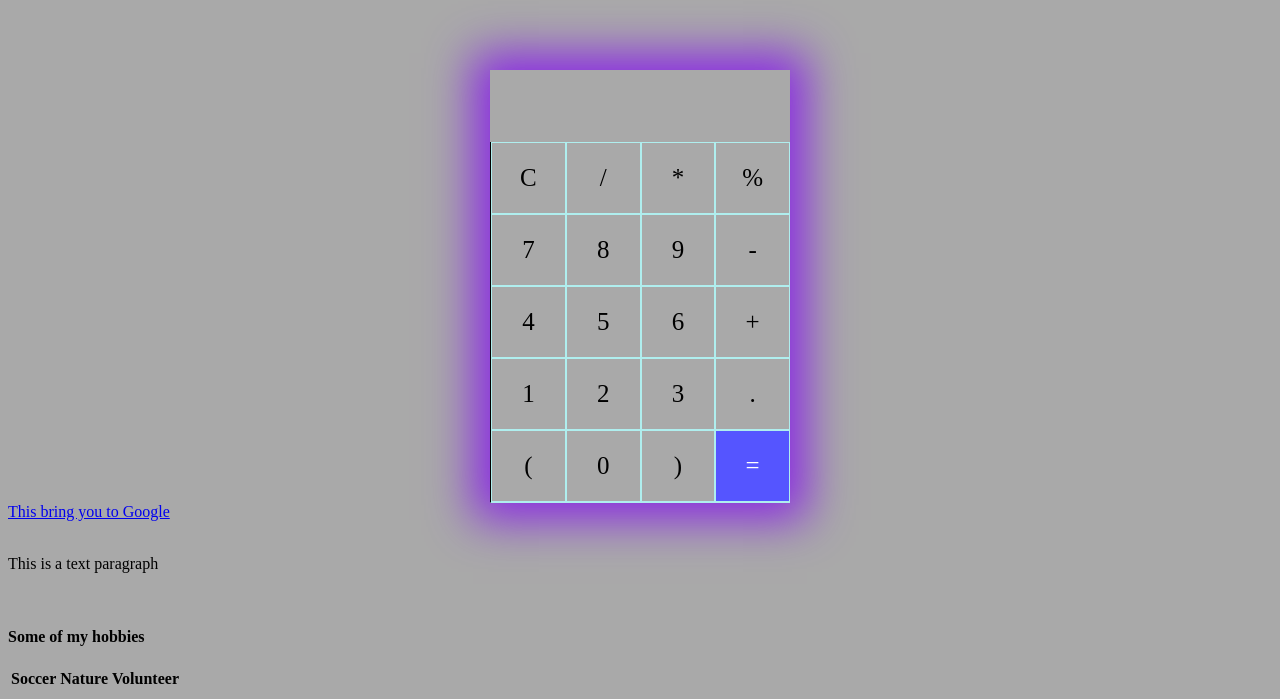
Repository: EX-Salesforce-Training/squad-repo-hapsburg-hopefuls
Page: squad-repo-hapsburg-hopefuls/abouteYao.html
The author's editor kept a copy of each file at every save. The page is drawn from the files as they stood at one save, then again after the next save.
The browser window is 1280 px wide. The pictures show the part of the page from y = 541 to 1240 px (the page is 1240 px tall).
A picture or video elsewhere on the page could not be fetched, so the positions and the page height are approximate.

Above is the page before, as saved 2021-11-27 10:20:03.

### squad-repo-hapsburg-hopefuls/abouteYao.html
<!DOCTYPE html>
<html>

<head>

    <title>This is a new day</title>

    <style>
       body {background-color: darkgray;

       }
       div {
          font-style: var(green);
       }
    </style>
    <meta charset="URL-8">
<meta name="viewport" content="width=device-width, initial-scale=1.0">
<link rel="stylesheet" href="abouteYao.css">
<br>
</head>

<body>
<div>
<ol>
    <h1 style="background-color: darkcyan;">My order list of fruit</h1>
    <li>Mango</li>
    <li>Orange</li>
    <li>Avocado</li>
</ol>
   <br>
   <br>
<ul>
    <h2 style="color:chartreuse">My unorder list of book</h2>

    <li> The richess man in Babylon</li>
    <li>How to read a book</li>
    <li>L'avanture de Bouma</li>

</ul>

</div>

   <br>
<div>
   <img style="width: 200px;" src="C:\Users\huber\OneDrive\Pictures\Camera Roll\new.jpg">
</div>
<br>
<section>
   <div class="container">
   <div id="display"></div>
   <div class="buttons">
   <div class="button">C</div>
   <div class="button">/</div>
   <div class="button">*</div>
   <div class="button">%</div>
   <div class="button">7</div>
   <div class="button">8</div>
   <div class="button">9</div>
   <div class="button">-</div>
   <div class="button">4</div>
   <div class="button">5</div>
   <div class="button">6</div>
   <div class="button">+</div>
   <div class="button">1</div>
   <div class="button">2</div>
   <div class="button">3</div>
   <div class="button">.</div>
   <div class="button">(</div>
   <div class="button">0</div>
   <div class="button">)</div>
   <div id ="equal" class="button">=</div>

   </div>
   </section>
   <script src="abouteYao.js"></script>
   <div>

<a href="https://www.google.com">This bring you to Google</a>

   </div>
<br>
<p class="Classname" Id="Cname" tabindex="">This is a text paragraph</p>
<br>
<div>
<h4>Some of my hobbies</h4>

 <table>
    <tr>
        <th>Soccer</th>
        <th>Nature</th>
        <th>Volunteer</th>
    </tr>

 </table>
</div>
</body>
</html>

### squad-repo-hapsburg-hopefuls/abouteYao.css
.container {
    max-width: 300px;
    margin: 10vh auto 0 auto;
    box-shadow: 0px 0px 43px 17px blueviolet;
    }
    #display {
       text-align: right;
       height:40px;
       line-height:40px;
       padding: 16px 8px;
       font-size: 25px;
    }
    .buttons {
    display: grid;
    border-bottom: 1px solid paleturquoise;
    border-left: 1px solid black;
    grid-template-columns: 1fr 1fr 1fr 1fr;
    }
    .buttons div {
    Border-top: 1px solid paleturquoise;
    Border-right: 1px solid paleturquoise;
    }
    .button {
    Border: 0.5px solid paleturquoise;
    Line-height: 70px;
    Text-align: center;
    Font-size: 25px;
    Cursor: pointer;
    }
    #equal {
    Background-color: #5555ff;
    Color: #fff;
    }
    .button:hover {
    Background-color: #323330;
    Color: #fff;
    Transition: 0.5s ease-in-out;
    }

### squad-repo-hapsburg-hopefuls/abouteYao.js
let display = document.getElementById('display');
let buttons = Array.from(document.getElementsByClassName('button'));
buttons.map( button => {
button.addEventListener('click', (e) => {
    switch(e.target.innerText) {

        case 'C':
            display.innerText ='';
            break;
        case '=':
        try{
        display.innerText = eval(display.innerText);
        }
        catch{
        display.innerText ='ERROR';
        }
        break;
        default:
        display.innerText += e.target.innerText;
        }
        });
        });

After the next save:
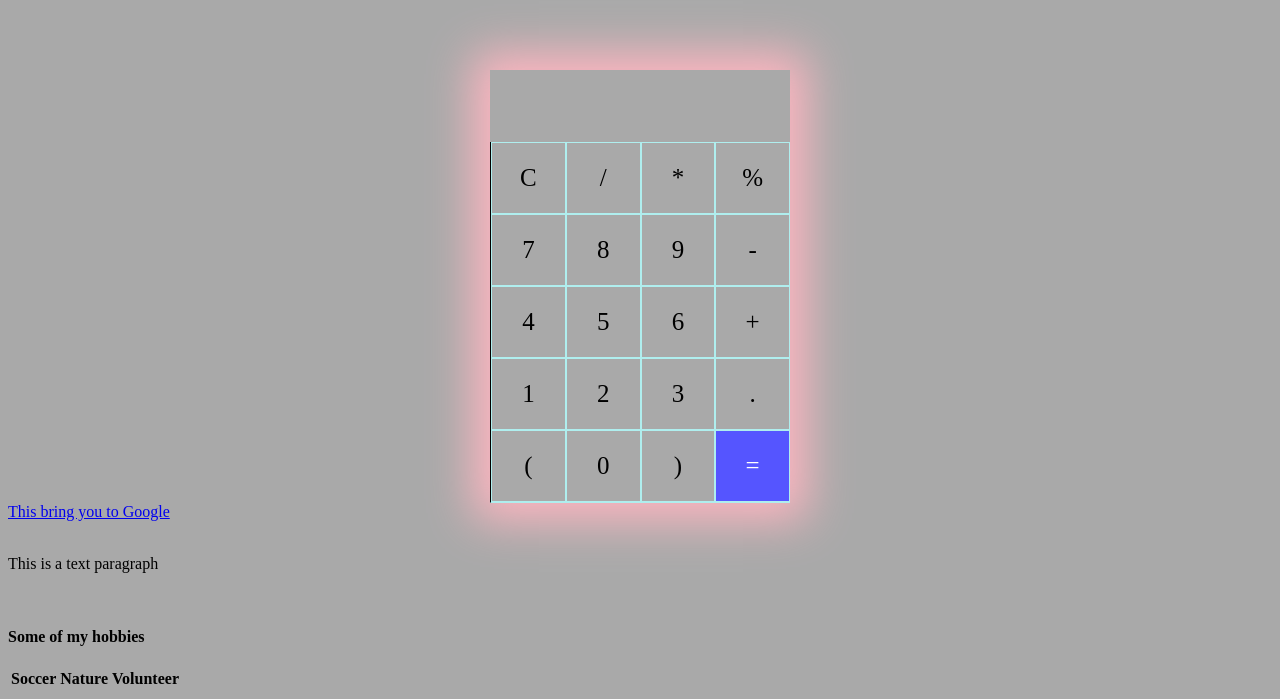
Saved 69 s later.
--- a/squad-repo-hapsburg-hopefuls/abouteYao.css
+++ b/squad-repo-hapsburg-hopefuls/abouteYao.css
@@ -1,7 +1,7 @@
 .container {
     max-width: 300px;
     margin: 10vh auto 0 auto;
-    box-shadow: 0px 0px 43px 17px blueviolet;
+    box-shadow: 0px 0px 43px 17px lightpink;
     }
     #display {
        text-align: right;
